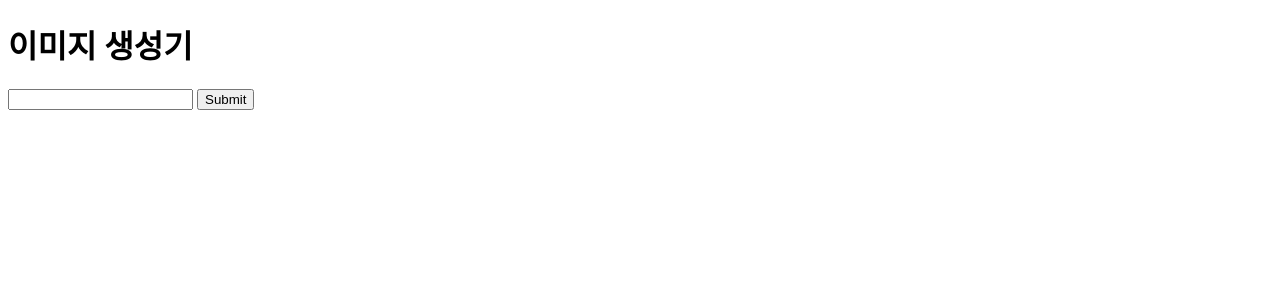
Repository: Jeonseoghyeon/Cloud9-IDE-PRACTICE
Page: http://localhost/pages/
The author's editor kept a record of every edit. The page is drawn from the files as they stood at one moment, then again after the next edit.
The browser window is 1280 px wide. The pictures show the whole page.
The page is served by the project's application, run on Django 2.2 (practice/0330/mygallery/manage.py).

Above is the page before.

After the next edit:
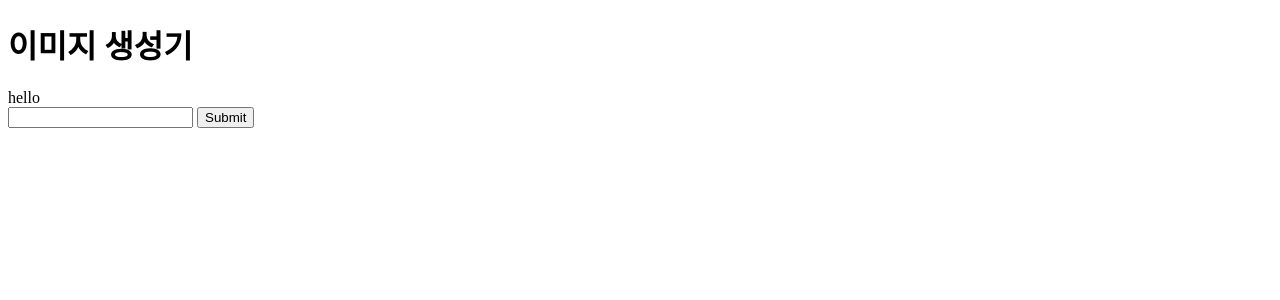
The edit:
--- a/practice/0330/mygallery/pages/templates/index.html
+++ b/practice/0330/mygallery/pages/templates/index.html
@@ -8,7 +8,8 @@
 </head>
 <body>
     <h1>이미지 생성기</h1>
-    <form action="pages/gallery/">
+    hello
+    <form action="/pages/gallery/">
         <input type="text" name="search">
         <input type="submit">
     </form>
